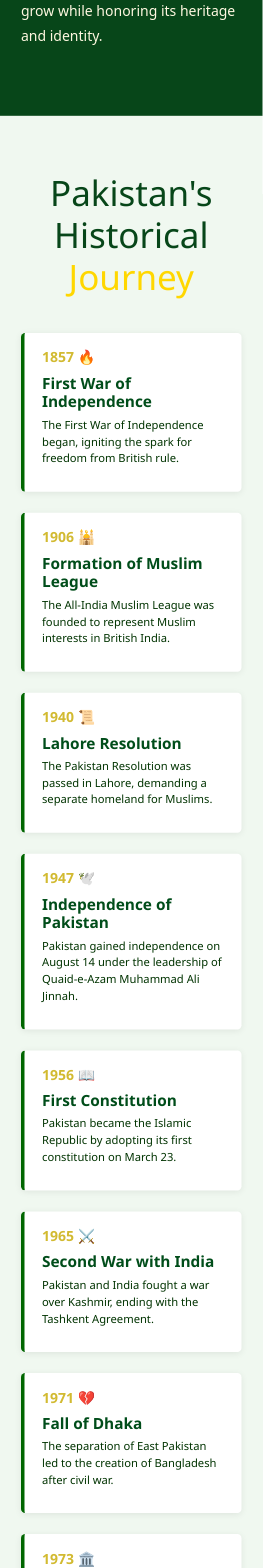
Repository: memonmuhammadali98/Pakistan-Independence-Day
Page: index.html
These files come from the project's save history. The page is drawn as it stood at one moment and after the next save; the edit follows.
The browser window is 375 px wide. The pictures show the part of the page from y = 1901 to 4141 px (the page is 7762 px tall before and 7605 px after), at 70% of full size.

Above is the page before, as saved 2025-08-08 17:11:01.
Console error: TypeError: Cannot set properties of null (setting 'innerHTML')

### index.html
<!DOCTYPE html>
<html lang="en">

<head>
  <meta charset="UTF-8">
  <meta name="viewport" content="width=device-width, initial-scale=1.0">
  <title>Independence Day</title>
  <!-- External CSS -->
  <link rel="stylesheet" href="./style.css">
  <!-- Bootstrap CDN -->
  <link href="https://cdn.jsdelivr.net/npm/bootstrap@5.3.7/dist/css/bootstrap.min.css" rel="stylesheet"
    integrity="sha384-LN+7fdVzj6u52u30Kp6M/trliBMCMKTyK833zpbD+pXdCLuTusPj697FH4R/5mcr" crossorigin="anonymous">
  <script src="https://cdn.jsdelivr.net/npm/bootstrap@5.3.7/dist/js/bootstrap.bundle.min.js"
    integrity="sha384-ndDqU0Gzau9qJ1lfW4pNLlhNTkCfHzAVBReH9diLvGRem5+R9g2FzA8ZGN954O5Q"
    crossorigin="anonymous"></script>
</head>

<body>
  <!-- Navbar Starts -->
  <nav class="navbar navbar-expand-lg navbar">
    <div class="container-fluid">
      <a class="navbar-brand" href="#">
        <img src="./Assets/logo-removebg-preview (1).png" alt="Logo" width="70px" height="50px">
      </a>
      <button class="navbar-toggler" type="button" data-bs-toggle="collapse" data-bs-target="#navbarSupportedContent"
        aria-controls="navbarSupportedContent" aria-expanded="false" aria-label="Toggle navigation">
        <span class="navbar-toggler-icon"></span>
      </button>
      <div class="collapse navbar-collapse" id="navbarSupportedContent">
        <ul class="navbar-nav me-auto ms-auto gap-5 mb-2 mb-lg-0 f-s-5">
          <li class="nav-item">
            <a class="nav-link active" aria-current="page" href="#">Home</a>
          </li>
          <li class="nav-item">
            <a class="nav-link active" href="#">About</a>
          </li>
          <li class="nav-item">
            <a class="nav-link active" aria-disabled="true">History</a>
          </li>
          <li class="nav-item">
            <a class="nav-link active" aria-disabled="true">Gallery</a>
          </li>
          <li class="nav-item">
            <a class="nav-link active" aria-disabled="true">Stories</a>
          </li>
        </ul>
        <form class="d-flex" role="search">
          <button class="btn" type="submit">Search</button>
        </form>
      </div>
    </div>
  </nav>
  <!-- Navbar Ends -->

  <!-- Hero Section Starts -->
  <!-- <section class="hero-section">
    <h1>Countdown to 14th August</h1>
    <div id="countdown"></div>
    <div id="message"></div>

    <div id="fireworks" class="firework-container" style="display: none;">
    <div class="firework"></div>
    <div class="firework"></div>
    <div class="firework"></div>
  </div>

  <div id="baaja-left" class="baaja">
    <img src="./Assets/Baja.png" alt="Baaja" width="300px">
  </div>
  <div id="baaja-right" class="baaja">
    <img src="./Assets/Baja-right.png" alt="Baja" width="300px">
  </div>

  </section> -->
  <!-- Hero Section Ends -->


  <!-- About Section Starts -->
  <!-- <section class="about-section">
    <div class="container">
    <h2>About Independence Day</h2>
    <p>
      Every year on <strong>14th August</strong>, Pakistan celebrates its Independence Day with great pride and honor.
      It marks the day when Pakistan became a sovereign nation in <strong> 1947</strong>. The day is a symbol of freedom, sacrifices, and the efforts of our leaders and ancestors who made this country possible.
    </p>
    <p>
      We celebrate with parades, flags, lights, and unity reminding ourselves of the values of peace, hard work, and patriotism.
    </p>
  </div>
   </section> -->


  <!-- HERO SECTION STARTS -->
  <section class="hero-section">
    <div class="hero-text">
      <h1>Celebrating Freedom Honoring <span style="color: gold;">Sacrifice</span></h1>
      <p>On this 14th August, let's remember the heroes who gave us independence and strive for a better Pakistan.</p>
      <button>Explore Our Journey</button>
    </div>
    <div class="hero-img">
      <img src="./Assets/hero-img.png" alt="Hero img" class="hero-img-1">
      <!-- <img src="./Assets/hero-img-2.png" alt="Hero img 2" class="Hero-img-2">
      <img src="./Assets/Hero-img-3.png" alt="Hero img 3" class="Hero-img-3"> -->
    </div>
  </section>
  <!-- HERO SECTION ENDS -->

  <!-- ABOUT SECTION STARTS -->
  <section class="about-section">
    <h2>About <span style="color: gold;">Pakistan</span></h2>
    <div class="about-container">
      <div class="about-img">
        <div class="flag-wrapper">
          <div class="flag">
            <div class="white-part"></div>
            <div class="green-part">
              <div class="crescent"></div>
              <div class="star"></div>
            </div>
          </div>
        </div>
      </div>
      <div class="about-text">
        <p>
          Pakistan is a country rich in history, culture, and natural beauty. From the majestic mountains of the north
          to the vast deserts in the south, it is a land of diversity and tradition. The people of Pakistan are known
          for their hospitality, resilience, and deep-rooted values. With a vision for progress and unity, Pakistan
          continues to grow while honoring its heritage and identity.
        </p>
      </div>
    </div>
  </section>
  <!-- ABOUT SECTION ENDS -->

  <!-- HISTORY SECTION STARTS -->
  <section class="history-section">
    <h2>Pakistan's Historical <span style="color: gold;">Journey</span></h2>
    <div class="timeline">

      <div class="timeline-item">
        <span class="year">1857 🔥</span>
        <h3>First War of Independence</h3>
        <p>The First War of Independence began, igniting the spark for freedom from British rule.</p>
      </div>

      <div class="timeline-item">
        <span class="year">1906 🕌</span>
        <h3>Formation of Muslim League</h3>
        <p>The All-India Muslim League was founded to represent Muslim interests in British India.</p>
      </div>

      <div class="timeline-item">
        <span class="year">1940 📜</span>
        <h3>Lahore Resolution</h3>
        <p>The Pakistan Resolution was passed in Lahore, demanding a separate homeland for Muslims.</p>
      </div>

      <div class="timeline-item">
        <span class="year">1947 🕊️</span>
        <h3>Independence of Pakistan</h3>
        <p>Pakistan gained independence on August 14 under the leadership of Quaid-e-Azam Muhammad Ali Jinnah.</p>
      </div>

      <div class="timeline-item">
        <span class="year">1956 📖</span>
        <h3>First Constitution</h3>
        <p>Pakistan became the Islamic Republic by adopting its first constitution on March 23.</p>
      </div>

      <div class="timeline-item">
        <span class="year">1965 ⚔️</span>
        <h3>Second War with India</h3>
        <p>Pakistan and India fought a war over Kashmir, ending with the Tashkent Agreement.</p>
      </div>

      <div class="timeline-item">
        <span class="year">1971 💔</span>
        <h3>Fall of Dhaka</h3>
        <p>The separation of East Pakistan led to the creation of Bangladesh after civil war.</p>
      </div>

      <div class="timeline-item">
        <span class="year">1973 🏛️</span>
        <h3>New Constitution</h3>
        <p>A new constitution was passed, establishing a parliamentary system in Pakistan.</p>
      </div>

      <div class="timeline-item">
        <span class="year">1998 💣</span>
        <h3>Nuclear Tests</h3>
        <p>Pakistan conducted successful nuclear tests in Chaghi, becoming the 7th nuclear power in the world.</p>
      </div>

    </div>
  </section>
  <!-- HISTORY SECTION ENDS -->

  <!-- NATIONAL HERO SECTION STARTS -->
   <section class="national-hero-section">
  <h2>🌟 National Heroes of <span style="color: gold;">Pakistan</span></h2>
  <div class="national-hero-cards">

    <div class="national-hero-card">
      <img src="assets/Quaid-img.jpeg" alt="Quaid-e-Azam">
      <h3>Quaid-e-Azam</h3>
      <p class="title">Founder of Pakistan</p>
      <p>Leader of the Pakistan Movement and the first Governor-General of Pakistan.</p>
    </div>

    <div class="national-hero-card">
      <img src="assets/Allama-Iqbal-img.webp" alt="Allama Iqbal">
      <h3>Allama Iqbal</h3>
      <p class="title">Poet of the East</p>
      <p>Visionary who dreamed of Pakistan and inspired the youth with his poetry.</p>
    </div>

    <div class="national-hero-card">
      <img src="assets/fatima-jinnah.jpg" alt="Fatima Jinnah">
      <h3>Fatima Jinnah</h3>
      <p class="title">Mother of the Nation</p>
      <p>Quaid-e-Azam's sister and a strong advocate for women's rights in Pakistan.</p>
    </div>

    <div class="national-hero-card">
      <img src="assets/Liaquat-Ali-Khan-img.jpg" alt="Allama Iqbal">
      <h3>Liaquat Ali Khan</h3>
      <p class="title">First Prime Minister</p>
      <p>He was the first Prime Minister of Pakistan and played a major role in early governance.</p>
    </div>

    <div class="national-hero-card">
      <img src="assets/Sir-Syed-Ahmed-Khan-img.webp" alt="Allama Iqbal">
      <h3>Sir Syed Ahmed Khan</h3>
      <p class="title">Muslim Reformer & Educator</p>
      <p>Founder of Aligarh Movement, he laid the foundation for modern Muslim education in the subcontinent.</p>
    </div>

    <div class="national-hero-card">
      <img src="assets/Abdul-Qadeer-Khan-img.webp" alt="Dr. Abdul Qadeer Khan">
      <h3>Dr. Abdul Qadeer Khan</h3>
      <p class="title">Father of Nuclear Program</p>
      <p>Key figure behind Pakistan's nuclear tests in 1998, ensuring national defense.</p>
    </div>

  </div>
</section>





  <script>
    // Set the target date (14 August of current year OR test with few seconds from now)
    var now = new Date();
    var year = now.getFullYear();

    // For demo/testing: trigger after 5 seconds
    var targetDate = new Date(new Date().getTime() + 5000);

    // Countdown and elements
    var countdown = document.getElementById("countdown");
    var message = document.getElementById("message");
    var leftBaaja = document.getElementById("baaja-left");
    var rightBaaja = document.getElementById("baaja-right");

    var timer = setInterval(function () {
      var currentTime = new Date().getTime();
      var timeLeft = targetDate.getTime() - currentTime;

      if (timeLeft <= 0) {
        clearInterval(timer);
        countdown.innerHTML = "";
        message.innerHTML = "Happy Independence Day Pakistan!";
        message.classList.add("message-animate");

        // Show fireworks and baajas
        document.getElementById("fireworks").style.display = "block";
        leftBaaja.style.display = "block";
        rightBaaja.style.display = "block";

        // Slide in animation
        leftBaaja.classList.add("slideInLeft");
        rightBaaja.classList.add("slideInRight");

        // After sliding, add continuous bounce
        leftBaaja.addEventListener("animationend", function () {
          leftBaaja.classList.add("bounce");
        });

        rightBaaja.addEventListener("animationend", function () {
          rightBaaja.classList.add("bounce");
        });

      } else {
        var days = Math.floor(timeLeft / (1000 * 60 * 60 * 24));
        var hours = Math.floor((timeLeft % (1000 * 60 * 60 * 24)) / (1000 * 60 * 60));
        var minutes = Math.floor((timeLeft % (1000 * 60 * 60)) / (1000 * 60));
        var seconds = Math.floor((timeLeft % (1000 * 60)) / 1000);

        countdown.innerHTML =
          days + "d " + hours + "h " + minutes + "m " + seconds + "s ";
      }
    }, 1000);
  </script>

</body>

</html>

### style.css
* {
    margin: 0;
    padding: 0;
    box-sizing: border-box;
    scroll-behavior: smooth;
}

.navbar {
    background-color: #074619;
}

.nav-link {
    color: white !important;
    font-size: 20px !important;
    position: relative !important;
}

.nav-link:hover {
    color: gold !important;
}

.nav-link::after {
  content: "";
  position: absolute;
  bottom: 0;
  left: 0;
  height: 2px;
  width: 0;
  background-color: gold;
  transition: width 0.4s ease-in-out;
}

.nav-link:hover::after {
  width: 100%;
}

.navbar-toggler,
.navbar-nav {
    color: white !important;
}

.navbar-toggler-icon {
    background-image: url("data:[embedded picture, 177 characters]") !important;
}

.btn:hover{
  color: white !important;
  border: 1px solid green !important;
}

.btn{
  background-color: gold !important;
  border: none !important;
  padding: 10px 20px !important;
  color: green !important;
}

/* Navbar Ends */
.hero-section h1 {
      font-size: 48px;
      margin-bottom: 30px;
      color: #006600;
    }
    #countdown {
      font-size: 36px;
      margin-bottom: 20px;
      color: white;
    }
    #message {
      font-size: 40px;
      /* color: #FFD700; */
      color: #ffffff;
      font-weight: bold;
    }

    @keyframes fadeInZoom {
  0% {
    opacity: 0;
    transform: scale(0.5);
  }
  100% {
    opacity: 1;
    transform: scale(1);
  }
}

.message-animate {
  animation: fadeInZoom 1s ease-out forwards;
}


.firework-container {
  position: fixed;
  top: 0;
  left: 0;
  width: 100%;
  height: 100%;
  pointer-events: none;
  overflow: hidden;
  z-index: 999;
}

.firework {
  position: absolute;
  width: 5px;
  height: 5px;
  background: white;
  border-radius: 50%;
  animation: explode 1s ease-out infinite;
}

.firework:nth-child(1) {
  top: 50%;
  left: 30%;
  /* background-color: yellow; */
  background-color: rgb(112, 222, 112);
  animation-delay: 0s;
}
.firework:nth-child(2) {
  top: 40%;
  left: 50%;
  /* background-color: red; */
  background-color: white;
  animation-delay: 0.2s;
}
.firework:nth-child(3) {
  top: 60%;
  left: 70%;
  background-color: lightgreen;
  animation-delay: 0.4s;
}

@keyframes explode {
  0% {
    transform: scale(1);
    opacity: 1;
  }
  100% {
    transform: scale(20);
    opacity: 0;
  }
}

.baaja {
  position: fixed;
  top: 40%;
  display: none;
  z-index: 1000;
}

#baaja-left {
  left: 0px;
  transform: translateX(-200%);
}

#baaja-right {
  right: 0px;
  transform: translateX(200%);
}

.slideInLeft {
  animation: slideInLeft 1s forwards;
}

.slideInRight {
  animation: slideInRight 1s forwards;
}

@keyframes slideInLeft {
  from {
    transform: translateX(-200%);
  }
  to {
    transform: translateX(0);
  }
}

@keyframes slideInRight {
  from {
    transform: translateX(200%);
  }
  to {
    transform: translateX(0);
  }
}

/* Add continuous bounce */
.bounce {
  animation: bounce 1s infinite;
}

@keyframes bounce {
  0%, 100% {
    transform: translateY(0px);
  }
  50% {
    transform: translateY(-20px);
  }
}

@media only screen and (max-width: 1274px){
    .baaja img{
        width: 250px;
    }
}

@media only screen and (max-width: 1180px){
    .baaja img{
        width: 180px;
    }
}

@media only screen and (max-width: 1180px){
    .baaja img{
        display: none;
    }
}

/* About Section Starts */

/* .about-section {
  background-color: #f9f9f9;
  padding: 60px 20px;
  color: #004d00;
  font-family: Arial, sans-serif;
}

.about-section .container {
  max-width: 900px;
  margin: 0 auto;
  text-align: center;
}

.about-section h2 {
  font-size: 36px;
  color: #006600;
  margin-bottom: 20px;
}

.about-section p {
  font-size: 18px;
  line-height: 1.8;
  margin-bottom: 15px;
}
 */

/*  Hero Section Starts  */

.hero-section {
     background: linear-gradient(to left, #d0f0d0, #ffffff);
    padding: 100px 30px;
    color: #000;
    height: 500px;
    max-width: 100vw;
    display: flex;
    justify-content: space-between;
    align-items: center;
}

.hero-text{
  width: 50%;
}

.hero-text h1 {
  color: #003300;
  font-size: 50px;
  font-weight: bold;
}

.hero-text p {
  color: #333333;
  font-size: 20px;
  margin-top: 15px;
  line-height: 1.6;
}

.hero-text button {
   background-color: #006600;
  border: 2px solid #003300;
  color: #ffffff;
  padding: 12px 25px;
  font-size: 16px;
  margin-top: 20px;
  cursor: pointer;
  border-radius: 6px;
  font-weight: bold;
  transition: all 0.3s ease;
}

.hero-text button:hover {
  background-color: #c6f6c6;
  color: #003300;
  border-color: #006600;
}

.hero-img {
  width: 50%;
  display: flex;
  justify-content: center;
  align-items: center;
  gap: 15px;
  flex-wrap: wrap;
  padding-left: 20px;
}

.hero-img img {
  width: 250px;
  height: auto;
  object-fit: contain;
  border-radius: 50%;
  box-shadow: 0 4px 10px rgba(0, 0, 0, 0.1);
  transition: transform 0.3s ease;
  border: 2px #006600 solid;
}

.hero-img img:hover {
  transform: scale(1.05);
}

@media only screen and (max-width: 1000px){
  .hero-section{
    height: auto;
  }
  .hero-text{
  width: 100%;
}
}

@media only screen and (max-width: 825px){
  .hero-section{
    flex-direction: column;
    gap: 40px;
  }
}

@media only screen and (max-width: 560px){
  .hero-text h1{
    font-size: 40px;
  }
}

/*  Hero Section Ends */

/*  About Section Starts  */

.about-section {
  padding: 80px 30px;
  background-color: #074619;
  color: #000;
  height: auto;
}

.about-section h2 {
  text-align: center;
  font-size: 50px;
  margin-bottom: 60px;
  color: white;
}

.about-container {
  display: flex;
  align-items: center;
  justify-content: space-between;
  flex-wrap: wrap;
}

.about-img {
  width: 45%;
  display: flex;
  justify-content: center;
  align-items: center;
}

.about-text {
  width: 50%;
  font-size: 20px;
  line-height: 1.8;
  color: #fff8e1;
}

.flag {
  width: 250px;
  height: 150px;
  display: flex;
  box-shadow: 0 4px 8px rgba(0,0,0,0.2);
  border: 2px solid #006600;
}

.flag-wrapper {
  background-color: #f9fff9;
  padding: 20px;
  border-radius: 12px;
  box-shadow: 0 4px 12px rgba(255, 255, 255, 0.1);
  transition: transform 0.3s ease-in-out;
}

.flag-wrapper:hover{
  transform: scale(1.1);
}

.white-part {
  background-color: white;
  width: 25%;
}

.green-part {
  background-color: #006600;
  width: 75%;
  position: relative;
}

.crescent {
  position: absolute;
  top: 30%;
  left: 35%;
  width: 60px;
  height: 60px;
  background: white;
  border-radius: 50%;
  overflow: hidden;
}

.crescent::after {
  content: "";
  position: absolute;
  top: 0;
  left: 10px;
  width: 55px;
  height: 55px;
  background: #006600;
  border-radius: 50%;
}

.star {
  position: absolute;
  top: 33%;
  left: 55%;
  width: 0;
  height: 0;
  color: white;
  font-size: 24px;
  font-family: Arial;
}
.star::before {
  content: "★";
  font-size: 24px;
  color: white;
}

@media only screen and (max-width: 860px){
  .about-container {
    flex-direction: column;
    gap: 30px;
  }
  .about-img{
    width: 100%;
  }
  .about-text{
    width: 100%;
  }
}

/*  About Section Ends  */

/*  History Section Starts  */

.history-section {
  background-color: #f0f8f0;
  padding: 80px 30px;
  height: auto;
  color: #003300;
  font-family: 'Segoe UI', sans-serif;
}

.history-section h2 {
  text-align: center;
  font-size: 50px;
  margin-bottom: 50px;
  color: #074619;
}

.timeline {
  max-width: 800px;
  margin: auto;
  display: flex;
  flex-direction: column;
  gap: 30px;
}

.timeline-item h3 {
  font-size: 22px;
  margin: 8px 0;
  color: #004d1a;
  font-weight: 600;
}
.timeline-item {
  background: #ffffff;
  padding: 20px 25px;
  border-left: 5px solid #006600;
  border-radius: 6px;
  box-shadow: 0 2px 10px rgba(0,0,0,0.08);
  transition: transform 0.3s ease;
}

.timeline-item:hover {
  transform: scale(1.02);
  box-shadow: 0 4px 12px rgba(0,0,0,0.15);
}

.year {
  font-weight: bold;
  font-size: 20px;
  /* color: #074619; */
  color: rgb(210, 186, 49);
  margin-bottom: 5px;
  display: block;
}

.national-hero-section {
  background: #074619;
  padding: 60px 20px;
  text-align: center;
  height: auto;
}

.national-hero-section h2 {
  font-size: 50px;
  color: white;
  margin-bottom: 70px;
  text-align: center;
}

.national-hero-cards {
  display: flex;
  justify-content: center;
  flex-wrap: wrap;
  gap: 30px;
}

.national-hero-card {
  background: white;
  border-radius: 12px;
  padding: 20px;
  max-width: 300px;
  box-shadow: 0 4px 12px rgba(0, 102, 0, 0.2);
  transition: transform 0.3s ease-in-out;
}

.national-hero-card:hover {
  transform: scale(1.05);
}

.national-hero-card  img {
  width: 100%;
  height: 220px;
  object-fit: cover;
  border-radius: 8px;
  margin-bottom: 10px;
}

.national-hero-card  h3 {
  color: #006600;
  margin: 10px 0 5px;
}

.national-hero-card  .title {
  /* color: #444; */
  color: gold;
  font-style: italic;
  font-weight: bold;
  margin-bottom: 10px;
  font-size: 14px;
}

@media only screen and (max-width: 490px){
  .history-section h2{
    font
  }
}

After the next save:
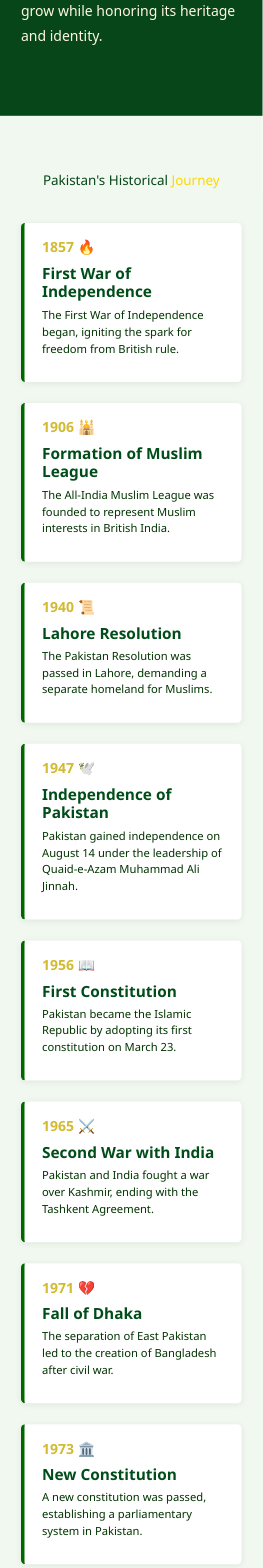
Saved 4 s later.
--- a/style.css
+++ b/style.css
@@ -574,6 +574,6 @@
 
 @media only screen and (max-width: 490px){
   .history-section h2{
-    font
-  }
-}
+    font-size: larger;
+  }
+}
